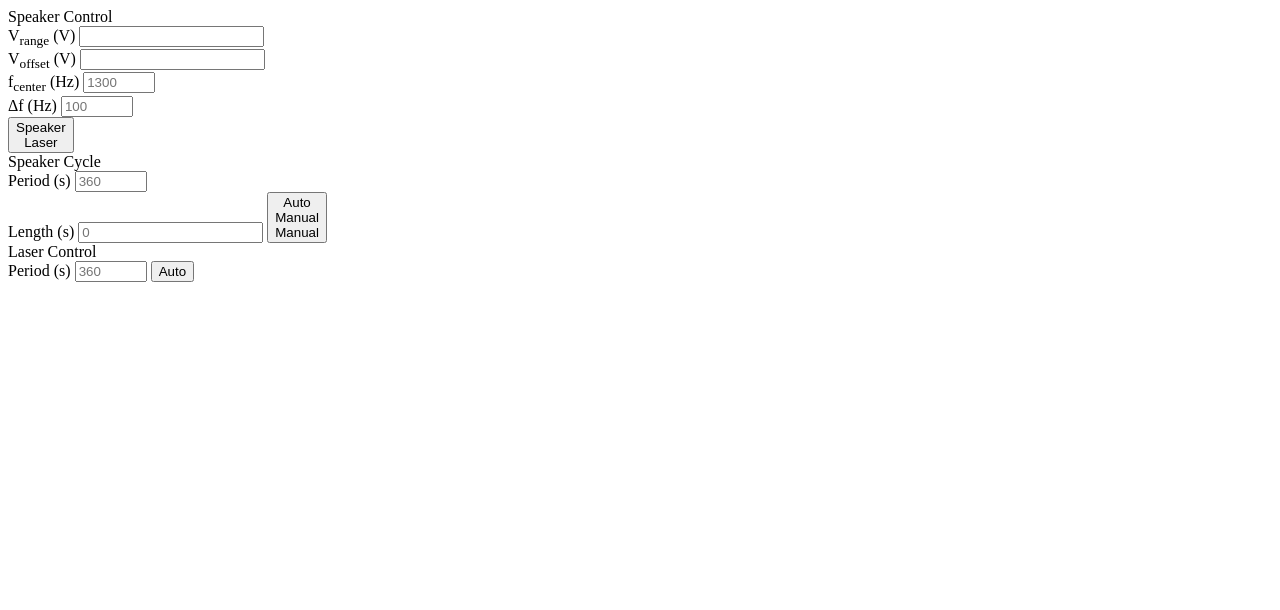
Repository: msr-consulting/exscalabar
Page: test/views/pas.html
These files come from the project's save history. The page is drawn as it stood at one moment and after the next save; the edit follows.
The browser window is 1280 px wide. The pictures show the whole page.

Above is the page before, as saved 2015-06-05 05:36:59.

### test/views/pas.html
<div class="row">
	<div class="col-lg-4 col-md-5 col-sm-5 col-xs-4" role="main" ng-controller ="pas">
		<div class="panel panel-default">
			<div class="panel-heading">
				Speaker Control
			</div>
			<div class="panel-body">
				<div class="form-group" id="spk" >
					<label class = "ctl-label wlabel" for="svrange">V<sub>range</sub> (V)</label>
					<input ng-model="speaker.vrange" ng-blur= "updateSpkV()" type="number" id="svrange" class="ctl-input wlabel" data-placement="right" />
					<br />
					<label class = "ctl-label wlabel" for="svoffset">V<sub>offset</sub> (V)</label>
					<input ng-model="speaker.voffset" ng-blur= "updateSpkV()" type="number" id="svoffset" class="ctl-input wlabel" data-placement="right" />
					<br />
					<label class = "ctl-label wlabel" for="fcenter">f<sub>center</sub> (Hz)</label>
					<input ng-model="speaker.f0" ng-blur= "updateSpkF()" type="number" id="fcenter" class="ctl-input wlabel" data-placement="right" placeholder="1300" min="100" max="5000"/>
					<br />
					<label class = "ctl-label wlabel" for="df">&Delta;f (Hz)</label>
					<input ng-model="speaker.df" ng-blur= "updateSpkF()" type="number" id="df" class="ctl-input wlabel" placeholder="100" min="1" max="1000" data-toggle="tooltip" title="Speaker chirp bandwidth in Hz."/>

					<br />
					<button ng-click = "setPos()" type="button" class="btn btn-primary" id ="spk_on" value="Speaker" ng-switch on = "speaker.pos" >
						<div ng-switch-when = true> Speaker</div>
						<div ng-switch-when = false> Laser</div>
					</button>
				</div>
			</div>
		</div>
		<div class="panel panel-default">
			<div class="panel-heading">
				Speaker Cycle
			</div>
			<div class="panel-body">
				<div class="form-group" id="spk">
					<label class = "ctl-label wlabel" for="period">Period (s)</label>
					<input ng-model = "cycle.period" ng-change="updateCycle()" type="number" id="period" class="ctl-input wlabel" placeholder="360" min ="10" max="5000"/>
					<br/>
					<label class = "ctl-label wlabel" for="length">Length (s)</label>
					<input ng-model="cycle.length" ng-change="updateCycle()" type="number wlabel" id="length" class="ctl-input wlabel" placeholder="0" min="1" max="100"/>
					<button ng-click= "updateAuto()" type="button" class="btn btn-primary" id ="cycle_on" value="Auto" ng-switch on="cycle.auto">
						<div ng-switch-when = true> Auto</div>
						<div ng-switch-when = false> Manual</div>
						<div ng-switch-default> Manual</div>
					</button>
				</div>
			</div>
		</div>
		<div class="panel panel-default">
			<div class="panel-heading">
				Laser Control
			</div>
			<div class="panel-body">
				<label class = "ctl-label" for="period">Period (s)</label>
				<input type="number" id="period" class="span3 ctl-input" placeholder="360" min ="10" max="5000"/>
				<button type="button" class="btn btn-primary" id ="cycle_on" value="Auto">
					Auto
				</button>
			</div>
		</div>
	</div>

</div>

<div class="col-lg-11 col-md-10 col-sm-9 col-xs-9">
	<div id="content">
		<div class="container">
			<div id="placeholder" class="demo-placeholder" style="width:380px;height:250px"></div>
		</div>
	</div>
</div>
</div>

After the next save:
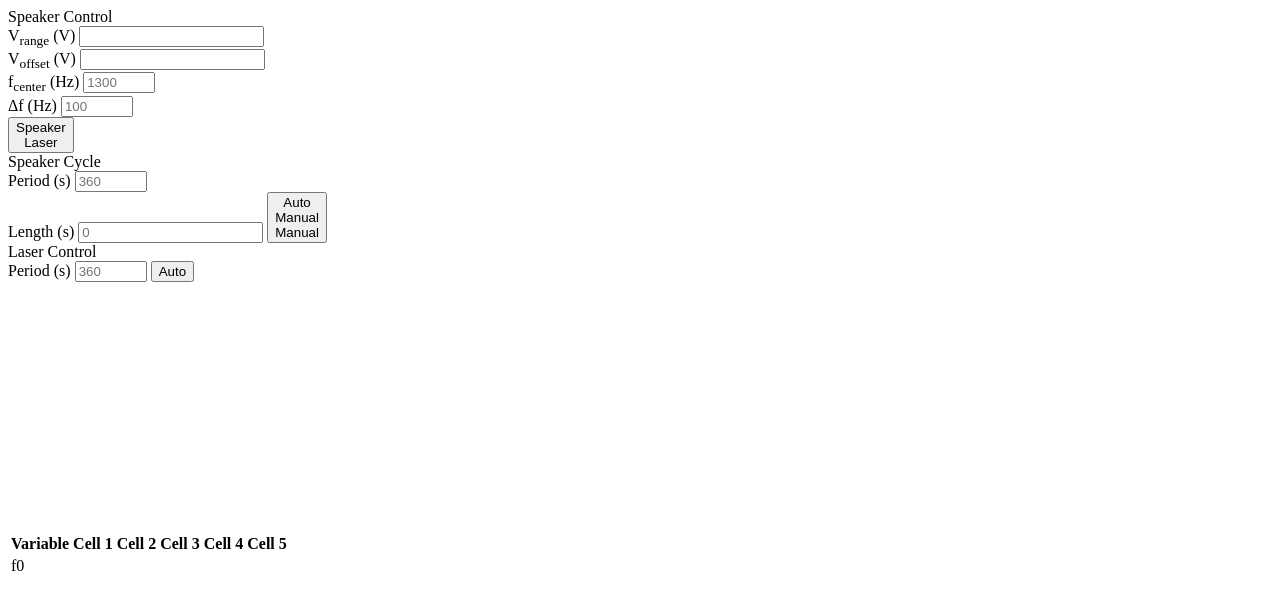
Saved 3 s later.
--- a/test/views/pas.html
+++ b/test/views/pas.html
@@ -20,8 +20,12 @@
 
 					<br />
 					<button ng-click = "setPos()" type="button" class="btn btn-primary" id ="spk_on" value="Speaker" ng-switch on = "speaker.pos" >
-						<div ng-switch-when = true> Speaker</div>
-						<div ng-switch-when = false> Laser</div>
+						<div ng-switch-when = true>
+							Speaker
+						</div>
+						<div ng-switch-when = false>
+							Laser
+						</div>
 					</button>
 				</div>
 			</div>
@@ -38,9 +42,15 @@
 					<label class = "ctl-label wlabel" for="length">Length (s)</label>
 					<input ng-model="cycle.length" ng-change="updateCycle()" type="number wlabel" id="length" class="ctl-input wlabel" placeholder="0" min="1" max="100"/>
 					<button ng-click= "updateAuto()" type="button" class="btn btn-primary" id ="cycle_on" value="Auto" ng-switch on="cycle.auto">
-						<div ng-switch-when = true> Auto</div>
-						<div ng-switch-when = false> Manual</div>
-						<div ng-switch-default> Manual</div>
+						<div ng-switch-when = true>
+							Auto
+						</div>
+						<div ng-switch-when = false>
+							Manual
+						</div>
+						<div ng-switch-default>
+							Manual
+						</div>
 					</button>
 				</div>
 			</div>
@@ -68,4 +78,32 @@
 		</div>
 	</div>
 </div>
+
+<div class="row">
+	<div class="col-lg-12">
+		<div class="table-responsive">
+			<table class="table table-striped">
+				<thead>
+					<tr>
+						<th>Variable</th>
+						<th>Cell 1</th>
+						<th>Cell 2</th>
+						<th>Cell 3</th>
+						<th>Cell 4</th>
+						<th>Cell 5</th>
+					</tr>
+				</thead>
+				<tbody>
+					<tr>
+						<td>f0</td>
+						<td></td>
+						<td></td>
+						<td></td>
+						<td></td>
+						<td></td>
+					</tr>
+				</tbody>
+			</table>
+		</div>
+	</div>
 </div>
